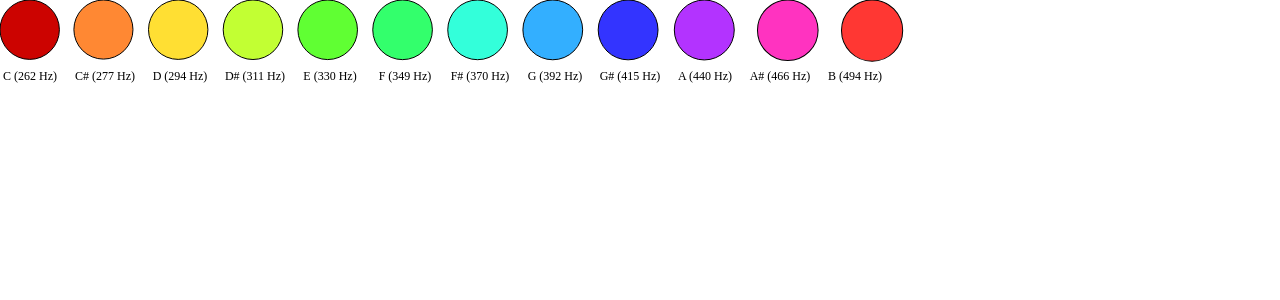
Repository: studiorichie/richielau.com
Page: assets/sound-to-color.html
The author's editor kept a copy of each file at every save. The page is drawn from the files as they stood at one save, then again after the next save.
The browser window is 1280 px wide. The pictures show the whole page.
The first visible `.key-circle` is being pressed.

Above is the page before, as saved 2024-11-06 20:52:11.

### assets/sound-to-color.html
<!DOCTYPE html>
<html lang="en">

<head>
    <meta charset="UTF-8">
    <title>Sound-to-Color Mapping with MIDI</title>
    <script src="https://d3js.org/d3.v6.min.js"></script>
    <style>
        body,
        html {
            margin: 0;
            padding: 0;
            overflow: hidden;
        }

        .svg-container {
            display: flex;
            justify-content: flex-start;
            align-items: center;
            width: 100%;
            overflow: hidden;
        }

        .key-circle {
            fill-opacity: 0.8;
            stroke: black;
            stroke-width: 1px;
            cursor: pointer;
            outline: none;
            -webkit-tap-highlight-color: transparent;
            transition: transform 0.2s, filter 0.2s, fill-opacity 0.2s;
        }

        .key-circle[data-note="C"] {
            transform: scale(0.98);
        }

        .key-circle[data-note="C#"] {
            transform: scale(0.985);
        }

        .key-circle[data-note="D"] {
            transform: scale(0.99);
        }

        .key-circle[data-note="D#"] {
            transform: scale(0.992);
        }

        .key-circle[data-note="E"] {
            transform: scale(0.993);
        }

        .key-circle[data-note="F"] {
            transform: scale(0.994);
        }

        .key-circle[data-note="F#"] {
            transform: scale(0.995);
        }

        .key-circle[data-note="G"] {
            transform: scale(0.996);
        }

        .key-circle[data-note="G#"] {
            transform: scale(0.997);
        }

        .key-circle[data-note="A"] {
            transform: scale(0.999);
        }

        .key-circle[data-note="A#"] {
            transform: scale(1.01);
        }

        /* Continue this slight scaling variation up to B */
        .key-circle[data-note="B"] {
            transform: scale(1.02);
        }



        .key-circle:hover {
            fill-opacity: 1;
            filter: brightness(1.2);
        }

        .key-circle:active {
            transform: scale(0.99);
            filter: brightness(0.8);
        }

        .label {
            font-size: 12px;
            text-anchor: middle;
        }

        .midi-label {
            font-size: 14px;
            font-weight: bold;
            text-anchor: middle;
            fill: black;
            visibility: hidden;
        }
    </style>
</head>

<body>
    <div class="svg-container">
        <svg width="950" height="600" id="chart"></svg>
    </div>
    <script>
        const keys = [
            { note: "C", freq: 261.63, midi: 60 },
            { note: "C#", freq: 277.18, midi: 61 },
            { note: "D", freq: 293.66, midi: 62 },
            { note: "D#", freq: 311.13, midi: 63 },
            { note: "E", freq: 329.63, midi: 64 },
            { note: "F", freq: 349.23, midi: 65 },
            { note: "F#", freq: 369.99, midi: 66 },
            { note: "G", freq: 392.00, midi: 67 },
            { note: "G#", freq: 415.30, midi: 68 },
            { note: "A", freq: 440.00, midi: 69 },
            { note: "A#", freq: 466.16, midi: 70 },
            { note: "B", freq: 493.88, midi: 71 }
        ];

        function getColor(freq) {
            let hue = ((freq - 261) / (493 - 261)) * 360;
            return `hsl(${hue}, 100%, 50%)`;
        }

        const svg = d3.select("#chart");
        const circleRadius = 30;
        const padding = 15;

        // Create the group for circles and labels
        const group = svg.append("g");

        group.selectAll("circle")
            .data(keys)
            .enter()
            .append("circle")
            .attr("class", "key-circle")
            .attr("r", circleRadius)
            .attr("fill", d => getColor(d.freq))
            .attr("data-note", d => d.note)
            .on("click", function (event, d) {
                showMidiLabel(d);
                playMidiTone(d.midi);
            });

        group.selectAll(".label")
            .data(keys)
            .enter()
            .append("text")
            .attr("class", "label")
            .text(d => `${d.note} (${Math.round(d.freq)} Hz)`)
            .attr("fill", "black");

        const midiLabel = svg.append("text")
            .attr("class", "midi-label");

        function showMidiLabel(data) {
            midiLabel.text(`MIDI: ${data.midi} - ${data.note}`)
                .attr("x", svg.attr("width") / 2)
                .attr("y", svg.attr("height") - 50)
                .attr("visibility", "visible");

            setTimeout(() => {
                midiLabel.attr("visibility", "hidden");
            }, 2000);
        }

        function playMidiTone(midi) {
            const context = new (window.AudioContext || window.webkitAudioContext)();
            const oscillator = context.createOscillator();
            const gainNode = context.createGain();
            oscillator.type = 'sine';
            oscillator.frequency.setValueAtTime(440 * Math.pow(2, (midi - 69) / 12), context.currentTime);
            gainNode.gain.setValueAtTime(0.1, context.currentTime);
            oscillator.connect(gainNode).connect(context.destination);
            oscillator.start();
            oscillator.stop(context.currentTime + 0.5);
        }

        function shakeElement(element) {
            const originalTransform = element.attr("transform");
            let shakeCount = 0;
            const interval = setInterval(() => {
                const randomX = (Math.random() - 0.5) * 2; // Random jitter between -1 and +1
                const randomY = (Math.random() - 0.5) * 2;
                element.attr("transform", `${originalTransform} translate(${randomX}, ${randomY})`);
                if (shakeCount++ > 10) { // Stop after 10 shakes
                    clearInterval(interval);
                    element.attr("transform", originalTransform); // Reset to original position
                }
            }, 30);
        }

        group.selectAll("circle")
            .data(keys)
            .enter()
            .append("circle")
            .attr("class", "key-circle")
            .attr("r", circleRadius)
            .attr("fill", d => getColor(d.freq))
            .attr("data-note", d => d.note)
            .on("click", function (event, d) {
                showMidiLabel(d);
                playMidiTone(d.midi);
                shakeElement(d3.select(this)); // Apply shake effect
            });


        function adjustCircleLayout() {
            const svgWidth = document.getElementById("chart").clientWidth;
            const circlesPerRow = Math.max(1, Math.floor(svgWidth / (circleRadius * 2 + padding)));

            d3.select("#chart")
                .selectAll("circle")
                .attr("cx", (d, i) => (i % circlesPerRow) * (circleRadius * 2 + padding) + circleRadius)
                .attr("cy", (d, i) => Math.floor(i / circlesPerRow) * (circleRadius * 2 + padding) + circleRadius);

            d3.select("#chart")
                .selectAll(".label")
                .attr("x", (d, i) => (i % circlesPerRow) * (circleRadius * 2 + padding) + circleRadius)
                .attr("y", (d, i) => Math.floor(i / circlesPerRow) * (circleRadius * 2 + padding) + circleRadius + 50);
        }

        adjustCircleLayout();
        window.addEventListener("resize", adjustCircleLayout);
    </script>
</body>

</html>

After the next save:
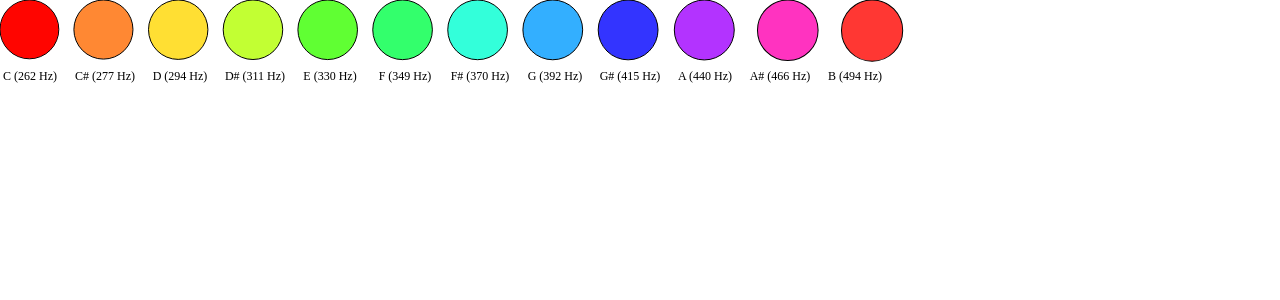
Saved 33 s later.
--- a/assets/sound-to-color.html
+++ b/assets/sound-to-color.html
@@ -87,10 +87,7 @@
             filter: brightness(1.2);
         }
 
-        .key-circle:active {
-            transform: scale(0.99);
-            filter: brightness(0.8);
-        }
+
 
         .label {
             font-size: 12px;

After the save that followed:
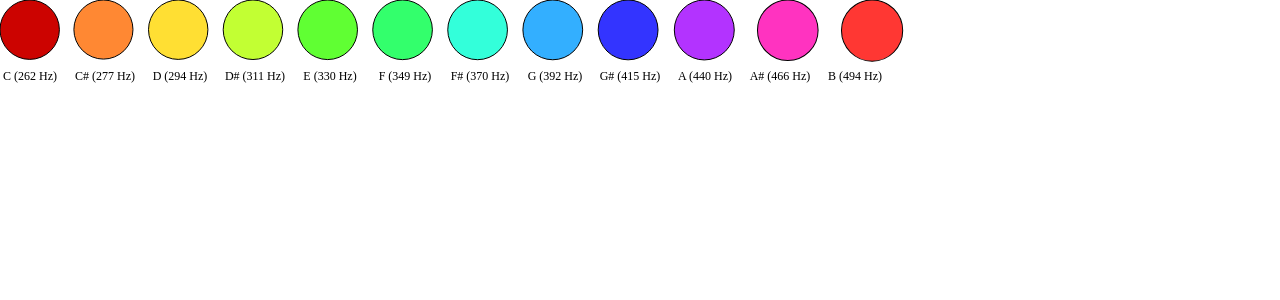
Saved 37 s later.
--- a/assets/sound-to-color.html
+++ b/assets/sound-to-color.html
@@ -87,7 +87,10 @@
             filter: brightness(1.2);
         }
 
-
+        .key-circle:active {
+            transform: scale(0.99);
+            filter: brightness(0.8);
+        }
 
         .label {
             font-size: 12px;
